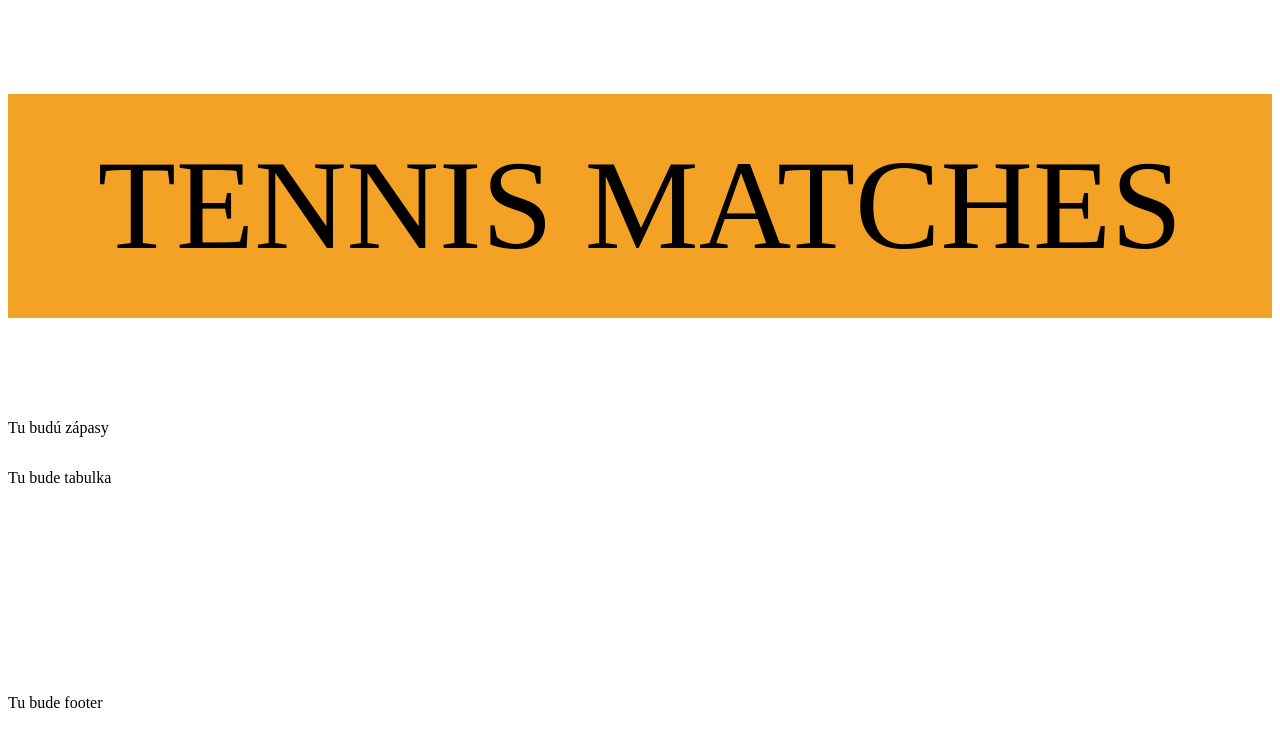
Repository: Badynko/tenis-app
Page: /
An editor plug-in stored every save of this project. The page is shown before and after the next save, followed by the edit.
The browser window is 1280 px wide. The pictures show the whole page.
The project was rebuilt for these pictures with package versions that can differ from the ones it lists, and the page was loaded fresh each time.

Above is the page before, as saved 2024-07-10 15:21:26.

### src/index.css
.app {
  width: 100%;
  height: 100vh;
  display: grid;
  grid-template-rows: auto auto 1fr auto;
}

h1 {
  text-align: center;
  background-color: #f4a226;
  font-family: "Monoton";
  font-size: 8rem;
  text-transform: uppercase;
  font-weight: 400;
  padding: 2.4rem 0;
}

### src/App.js
export default function App() {
  return (
    <div className="app">
      <Header />
      <Matches />
      <Table />
      <Stats />
    </div>
  );
}

function Header() {
  return <h1>Tennis Matches</h1>;
}

function Matches() {
  return (
    <div>
      <p>Tu budú zápasy</p>
    </div>
  );
}

function Table() {
  return (
    <div>
      <p>Tu bude tabulka</p>
    </div>
  );
}

function Stats() {
  return (
    <footer className="stats">
      <p>Tu bude footer</p>
    </footer>
  );
}

Loaded but not shown: public/index.html (common file); src/index.js (common file)

After the next save:
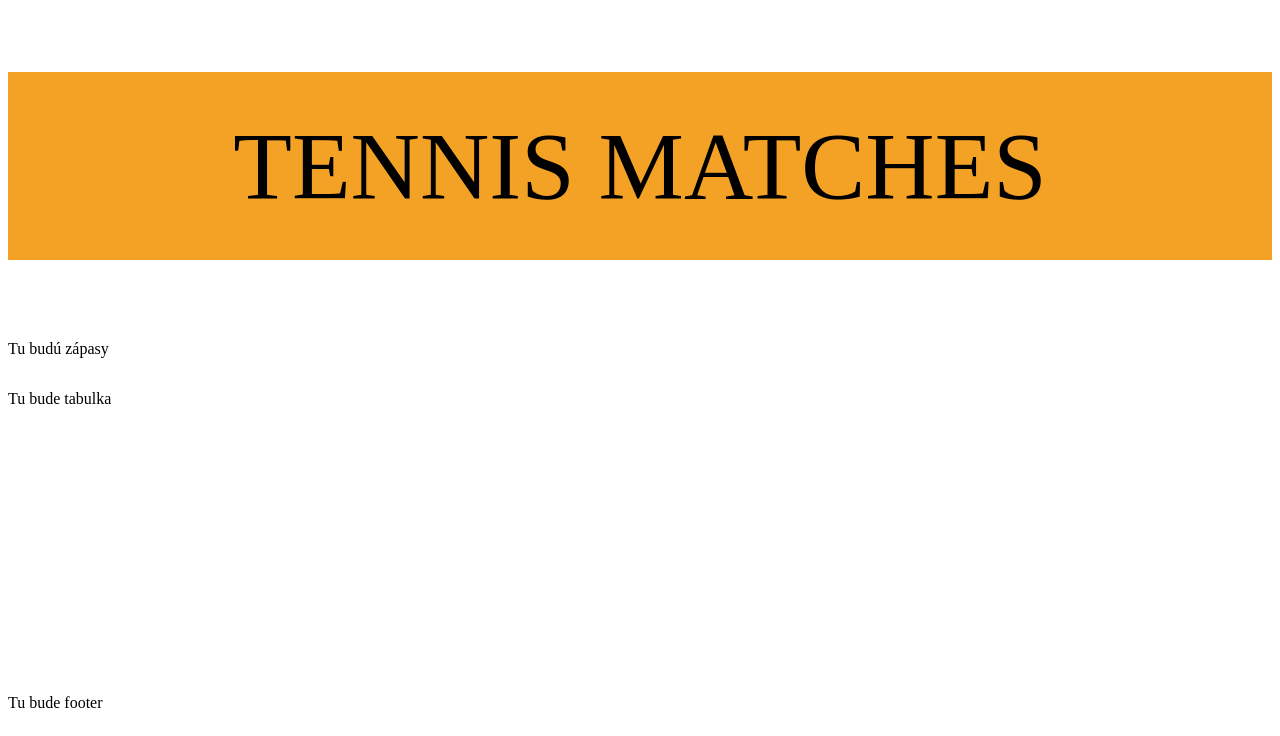
Saved 5 s later.
--- a/src/index.css
+++ b/src/index.css
@@ -9,7 +9,7 @@ h1 {
   text-align: center;
   background-color: #f4a226;
   font-family: "Monoton";
-  font-size: 8rem;
+  font-size: 6rem;
   text-transform: uppercase;
   font-weight: 400;
   padding: 2.4rem 0;
